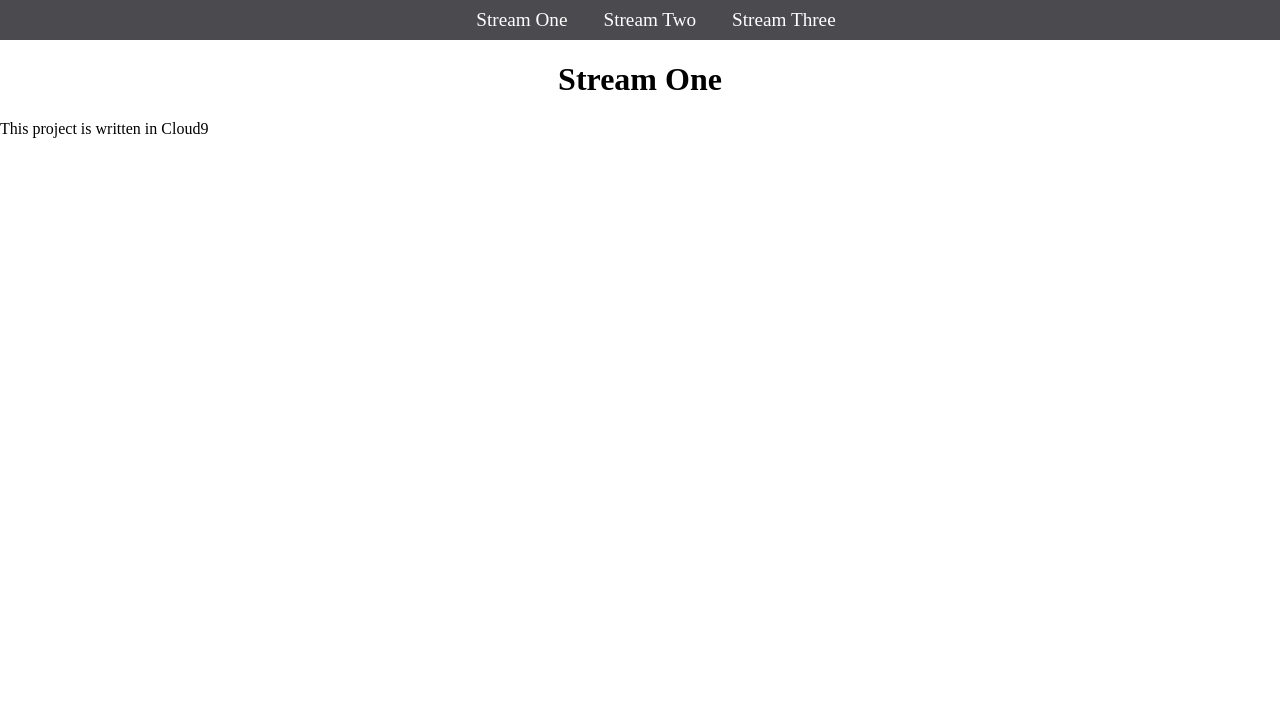
Repository: BrendanMolloy/my-first-website
Page: stream-one.html
The author's editor kept a record of every edit. The page is drawn from the files as they stood at one moment, then again after the next edit.
The browser window is 1280 px wide. The pictures show the whole page.

Above is the page before.

### stream-one.html
<html>
    <head>
        <title>Hello World</title>
        <link rel="stylesheet" href="css/style.css" type="text/css">
    </head>
    <body>
        <nav>
            <ul>
                <li><a href="stream-one.html">Stream One</a></li>
                <li><a href="stream-two.html">Stream Two</a></li>
                <li><a href="stream-three.html">Stream Three</a></li>
            </ul>
        </nav>
        <h1>Stream One</h1>
        <p>This project is written in Cloud9</p>
    </body>
</html>

### css/style.css
body{
    margin:0;
    padding:0;
    font-family: "Oswald","sans-serif"
}

nav ul{
    list-style: none;
    background-color: #4a4a4f;
    text-align:center;
    margin:0;
    padding:0;
}

nav li{
    font-size:1.2em;
    line-height: 40px;
    height:40px;
    display: inline-block;
    margin-left: 2.5%;
}

nav a{
    text-decoration: none;
    color:#ffffff;
    display: block;
}

nav a:hover{
    background-color: #ffffff;
    color: #4a4a4f;
}

.card{
    float:left;
    width:20%;
    margin-left:10%;
}

.card a{
    text-align: center;
}

img{
    width:100%;
}

h1{
    text-align: center;
}

After the next edit:
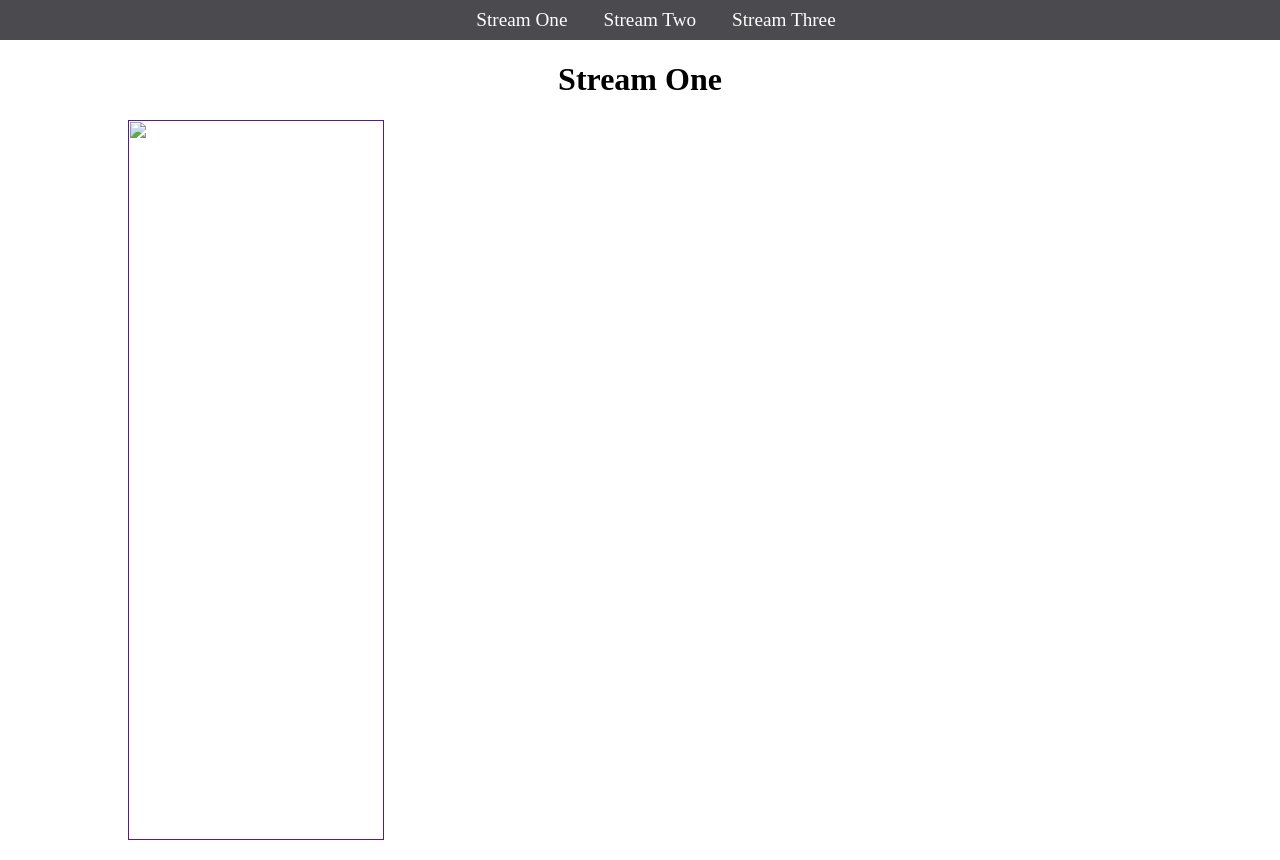
The edit:
--- a/stream-one.html
+++ b/stream-one.html
@@ -12,6 +12,11 @@
             </ul>
         </nav>
         <h1>Stream One</h1>
-        <p>This project is written in Cloud9</p>
+        <div class="card">
+            <a href="">
+                <img src=""></img>
+                <h2></h2>
+            </a>
+        </div>
     </body>
 </html>
